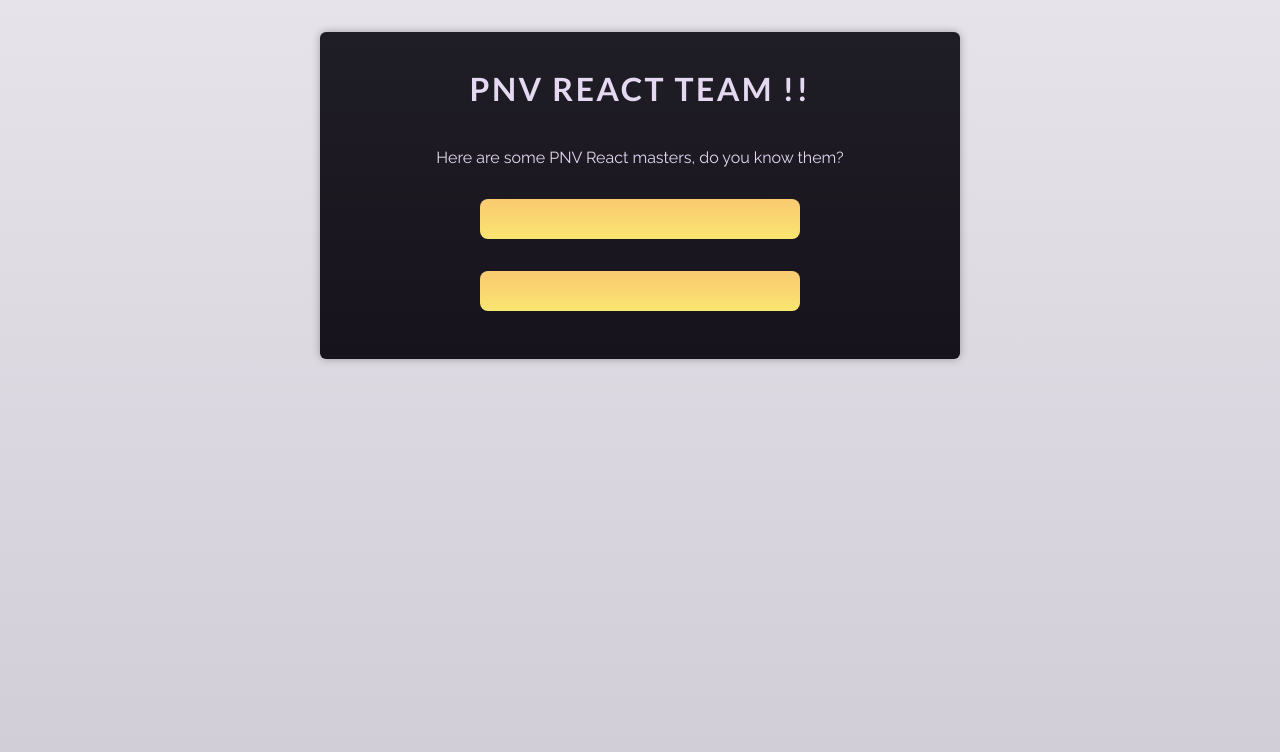
Repository: SoutPanhavon168/S2---PRACTICE---Props---List-display
Page: / (app in exercise-2/)
The author's editor kept a copy of each file at every save. The page is drawn from the files as they stood at one save, then again after a run of saves.
The browser window is 1280 px wide. The pictures show the whole page.
The project was rebuilt for these pictures with package versions that can differ from the ones it lists, and the page was loaded fresh each time. Also part of the build but not shown: exercise-2/vite.config.js.

Above is the page before, as saved 2025-02-27 14:03:17.

### exercise-2/src/App.jsx
import React from "react";

export const vinhData = {
  firstName: "Vinh",
  lastName: "Hoang Nhu",
  title: "PN Training Manager",
};

export const myData = {
  firstName: "My",
  lastName: "Ngo",
  title: "PN Trainer",
};

// TODO Edit the User component code to be able to display DIFFERENT users !
export function User({firstName , lastName , title}) {
  return (
    <div id="user" data-testid="user">
      <h2>{firstName} {lastName}</h2>
      <p>{title}</p>
    </div>
  );
}

function App() {
  return (
    <div id="app">
      <h1>PNV React Team !!</h1>
      <p>Here are some PNV React masters, do you know them?</p>
      <User /> {/* This line needs some changes*/}
      <User /> {/* This line needs some changes*/}
    </div>
  );
}

export default App;

Loaded but not shown: exercise-2/index.html (common file); exercise-2/src/index.jsx (common file); exercise-2/src/index.css (common file)

After the next 3 saves:
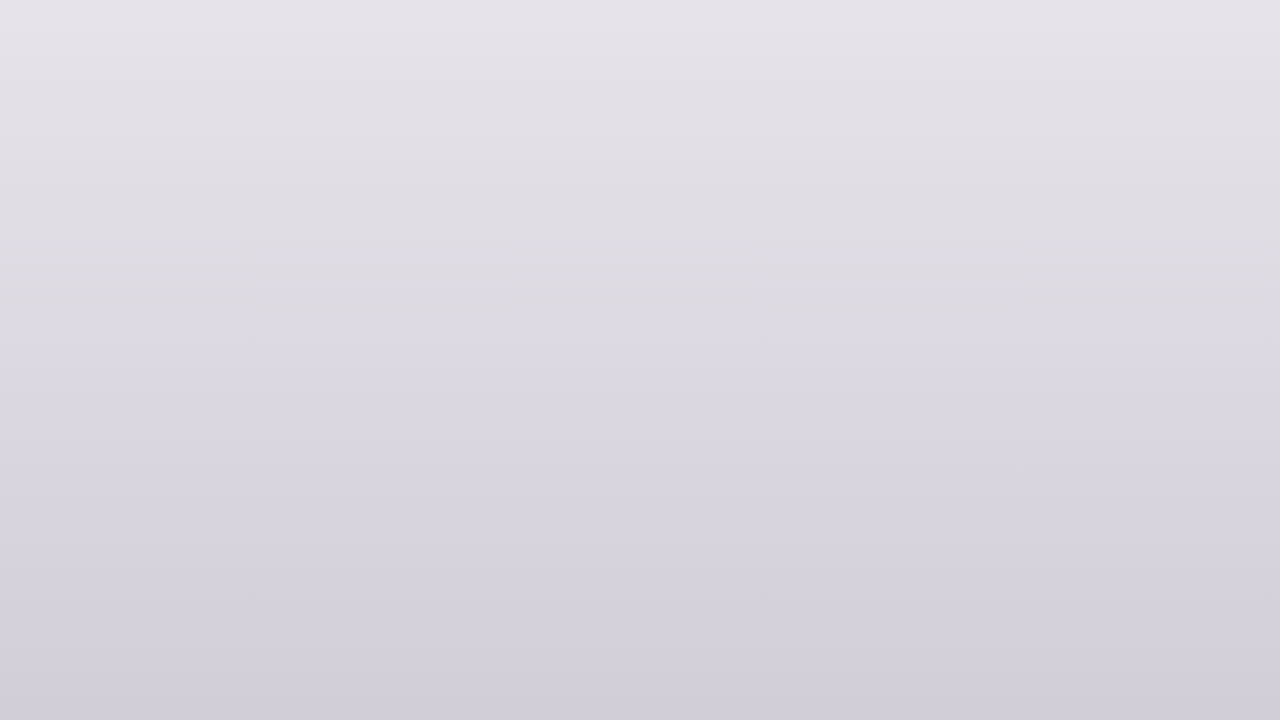
Console error: ReferenceError: userData is not defined
The 3 saves are shown as one change because they came seconds apart.
The last was saved 11 s later.
--- a/exercise-2/src/App.jsx
+++ b/exercise-2/src/App.jsx
@@ -27,7 +27,7 @@ function App() {
     <div id="app">
       <h1>PNV React Team !!</h1>
       <p>Here are some PNV React masters, do you know them?</p>
-      <User /> {/* This line needs some changes*/}
+      <User firstName={userData.firstName}/> {/* This line needs some changes*/}
       <User /> {/* This line needs some changes*/}
     </div>
   );
